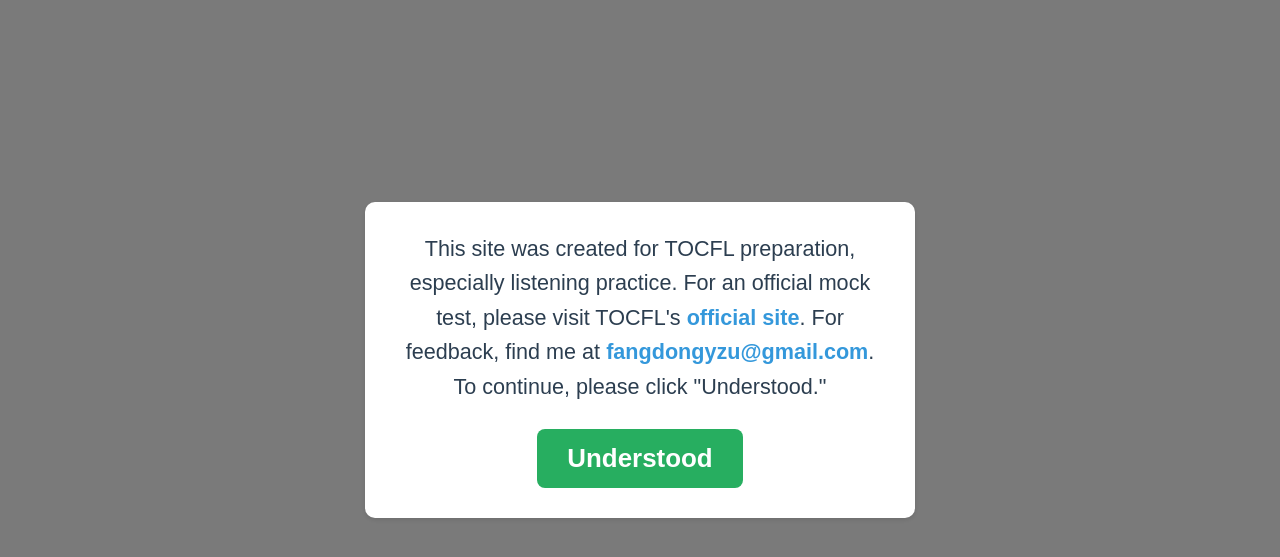
Repository: fangdongyzu/tocflmock
Page: index.html
The author's editor kept a copy of each file at every save. The page is drawn from the files as they stood at one save, then again after the next save.
The browser window is 1280 px wide. The pictures show the whole page.

Above is the page before, as saved 2025-11-01 09:18:14.

After the next save:
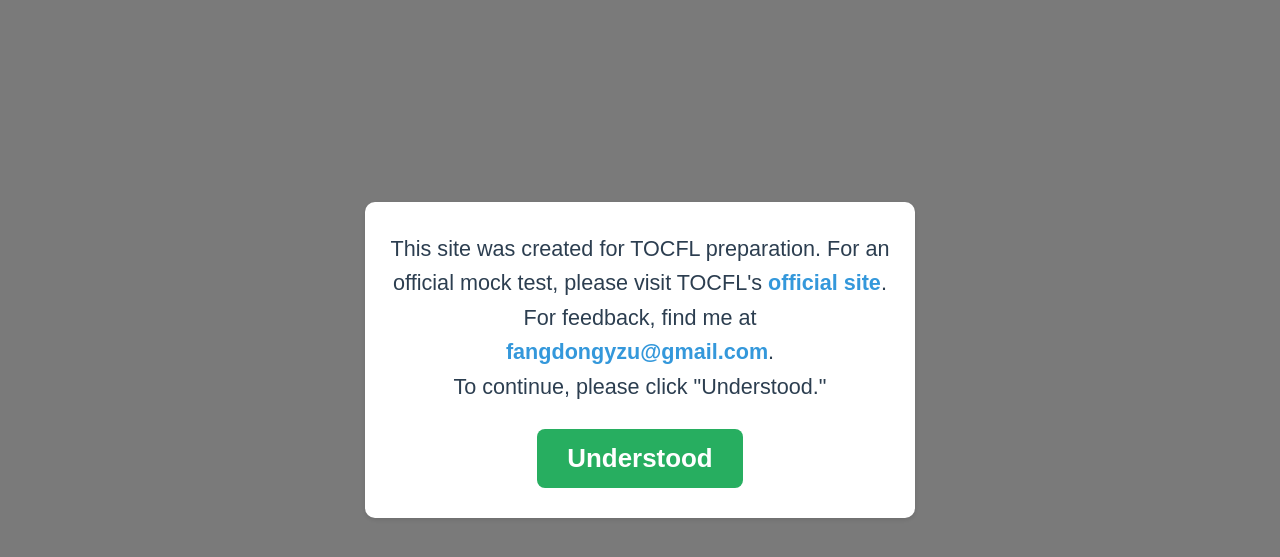
Saved 21 s later.
--- a/index.html
+++ b/index.html
@@ -13,7 +13,7 @@
     <div id="modal">
         <div id="modalContent">
             <p>
-                This site was created for TOCFL preparation, especially listening practice. For an official mock test, please visit TOCFL's
+                This site was created for TOCFL preparation. For an official mock test, please visit TOCFL's
                 <a href="https://cbt.sc-top.org.tw/sctopj/" target="_blank">official site</a>. For feedback, find me at <a href="mailto:fangdongyzu@gmail.com">fangdongyzu@gmail.com</a>.<br>To continue, please click "Understood."
             </p>
             <button id="understoodBtn">Understood</button>
